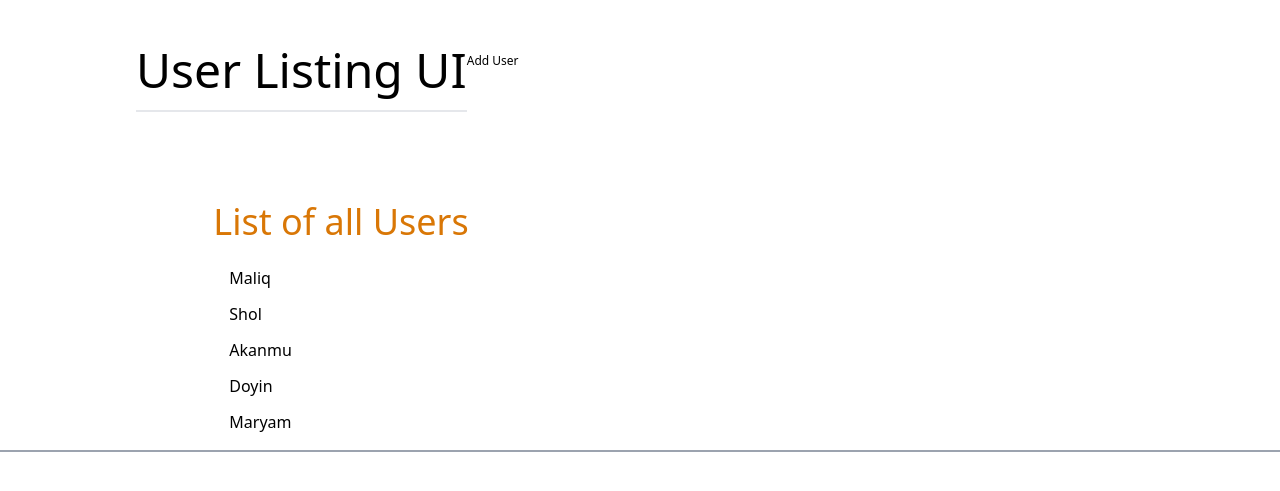
Repository: Marlstergo/listings
Page: /order (app in client/)
An editor plug-in stored every save of this project. The page is shown before and after the next save, followed by the edit.
The browser window is 1280 px wide. The pictures show the whole page.
The project was rebuilt for these pictures with package versions that can differ from the ones it lists, and the page was loaded fresh each time. Also part of the build but not shown: client/craco.config.js, client/src/components/Loader.js, client/src/components/Order.js, client/src/components/Modal.js. Imported but missing from the stored project, and not drawn on this page: client/src/components/Base, client/src/components/Toppings.

Above is the page before, as saved 2021-07-20 23:51:31.

### client/src/index.js
/* eslint-disable no-unused-vars */
import React from "react";
import ReactDOM from "react-dom";
import "./index.css";
import App from "./App";
import reportWebVitals from "./reportWebVitals";
import { BrowserRouter } from "react-router-dom";
import { Provider } from "react-redux";
import { store } from "./redux/store";
import { PersistGate } from "redux-persist/integration/react";
import { persistor } from "./redux/store";

ReactDOM.render(
  <React.StrictMode>
    <Provider store={store}>
      <BrowserRouter>
        <PersistGate persistor={persistor}>
          <App />
        </PersistGate>
      </BrowserRouter>
    </Provider>
  </React.StrictMode>,
  document.getElementById("root")
);

// If you want to start measuring performance in your app, pass a function
// to log results (for example: reportWebVitals(console.log))
// or send to an analytics endpoint. Learn more: https://bit.ly/CRA-vitals
reportWebVitals();

### client/src/App.js
import React, { useState } from 'react';
import { Route, Switch, useLocation } from "react-router-dom";
import Header from './components/Header';
import Home from './components/Home';
import Base from './components/Base';
import Toppings from './components/Toppings';
import Order from './components/Order';
import Modal from './components/Modal';
import { AnimatePresence } from 'framer-motion';

function App() {
  const location = useLocation();
  const showModal = true;

  return (
    <>
      <Header />
      {/* <Modal showModal={showModal} /> */}
      <AnimatePresence exitBeforeEnter>
        <Switch location={location} key={location.key}>
          <Route path="/">
            <Home />
          </Route>
          <Route path="/createUpdateUser">
            <Toppings />
          </Route>
          <Route path="/order">
            <Order />
          </Route>
          <Route path="/">
            <Home />
          </Route>
        </Switch>
      </AnimatePresence>

    </>
  );
}

export default App;

### client/src/redux/store.js
import { createStore, applyMiddleware } from "redux";
import { logger } from 'redux-logger';
import {persistStore} from 'redux-persist';
// import thunk from 'redux-thunk'
import createSagaMiddleware from 'redux-saga'

import rootSaga from './root-sagas'

import rootReducer from './root-reducer';

const sagaMiddleware = createSagaMiddleware()

const middleware = [sagaMiddleware];

if( process.env.NODE_ENV === 'development'){
    middleware.push(logger)
}

export const store = createStore(rootReducer, applyMiddleware(...middleware))

sagaMiddleware.run(rootSaga)

export const persistor = persistStore(store)

export default (store, persistor);

### client/src/components/Header.js
import React from "react";
import { motion } from "framer-motion";

const svgVariants = {
  hidden: { rotate: -180 },
  visible: {
    rotate: 0,
    transition: { duration: 1 },
  },
};

const pathVariants = {
  hidden: {
    opacity: 0,
    pathLength: 0,
  },
  visible: {
    opacity: 1,
    pathLength: 1,
    transition: {
      duration: 2,
      ease: "easeInOut",
    },
  },
};

const buttonVariants = {
  show: {
    y: [0, -40],
    x: 0,
    textShadow: "0px 0px 8px rgb(255,255,255)",
    boxShadow: "0px 0px 8px rgb(255,255,255)",
    transition: {
      duration: 0.3,
      yoyo: Infinity,
      ease: 'easeOut'
    },
  },
};

const Header = () => {
  return (
    <header className="flex p-14 w-screen justify-between items-center">
      <motion.div
        className="logo"
        drag
        dragConstraints={{ left: 0, top: 0, right: 0, bottom: 0 }}
        dragElastic={0.7}
      >
        <motion.svg
          className="w-14 overflow-visible"
          xmlns="http://www.w3.org/2000/svg"
          viewBox="0 0 100 100"
          variants={svgVariants}
          initial="hidden"
          animate="visible"
        >
          <motion.path
            fill="none"
            d="M40 40 L80 40 C80 40 80 80 40 80 C40 80 0 80 0 40 C0 40 0 0 40 0Z"
            variants={pathVariants}
          />
          <motion.path
            fill="none"
            d="M50 30 L50 -10 C50 -10 90 -10 90 30 Z"
            variants={pathVariants}
          />
        </motion.svg>
      </motion.div>
      <motion.div
        className=" flex w-full ml-6 text-xs"
        initial={{ y: -250 }}
        animate={{ y: -10 }}
        transition={{ delay: 0.2, type: "spring", stiffness: 120 }}
      >
        <h1 className="border-b-2 pb-4 text-5xl">User Listing UI</h1>
        <motion.button variants={buttonVariants} whileHover="hover"
        animate="show"
        >
          Add User
        </motion.button>
      </motion.div>
    </header>
  );
};

export default Header;

### client/src/components/Home.js
import React from "react";
import { Link } from "react-router-dom";
import { motion } from "framer-motion";
import Loader from "./Loader";



const containerVariants = {
  hidden: {
    opacity: 0,
  },
  visible: {
    opacity: 1,
    transition: { delay: 1.5, duration: 1.5 },
  },
  exit: {
    x: "-100vh",
    transition: { ease: "easeInOut" },
  },
};
const users = ["maliq", "shol", "akanmu", "doyin", "maryam"];
const Home = () => {
  return (
    <motion.div
      className="  pb-4 mb-4 border-b-2 border-gray-400 flex flex-col items-center"
      variants={containerVariants}
      initial="hidden"
      animate="visible"
      exit="exit"
    >
      <div className="w-2/3 ">
        <h1 className="text-yellow-600 py-6 text-4xl">List of all Users</h1>
        <ul className="pl-4 space-y-3 capitalize ">
          {users.map(
            (user , idx) => (
              <li key={idx}>{user}</li>
            )
          )}

        </ul>
        {/* <table className="min-w-full divide-y divide-gray-200">
          <thead>
            <tr>
              <th className="px-6 py-3 bg-gray-50 text-left text-xs font-medium text-gray-500 uppercase tracking-wider">
                Transaction
              </th>
              <th className="px-6 py-3 bg-gray-50 text-right text-xs font-medium text-gray-500 uppercase tracking-wider">
                Amount
              </th>
              <th className="hidden px-6 py-3 bg-gray-50 text-left text-xs font-medium text-gray-500 uppercase tracking-wider md:block">
                Status
              </th>
              <th className="px-6 py-3 bg-gray-50 text-right text-xs font-medium text-gray-500 uppercase tracking-wider">
                Date
              </th>
            </tr>
          </thead>
        </table> */}
      </div>
    </motion.div>
  );
};

export default Home;

### client/src/redux/root-sagas.js
import {all, call} from 'redux-saga/effects'
import {userSagas} from './user/user.sagas'


export default function* rootSaga(){
    yield all([
        call(userSagas),
    ])
}

### client/src/redux/root-reducer.js
import {combineReducers} from 'redux'
import userReducer from './user/user.reducer'
// import cartReducer from './cart/cart.reducer'
import {persistReducer} from 'redux-persist'
import storage from 'redux-persist/lib/storage'
// import directoryReducer from './directory/directory.reducer'
// import shopReducer from './shop/shop.reducer'

const persistConfig ={
    key: 'root',
    storage,
    whitelist: ['' ]
}
const rootReducer = combineReducers({
    user: userReducer,

})
export default persistReducer(persistConfig, rootReducer)

### client/src/redux/user/user.sagas.js
import { all, call, put, takeLatest } from "redux-saga/effects";

import UserActionTypes from "./user.types";
import { loadUserDetail } from "./user.action";
// import axios from "axios";
// import { getUserDetailsURL } from "../../components/stringConstants";

export function* getDetails() {
  yield console.log("i fired");

  // try {
  //   console.log("inside try");

  //   const res = yield axios.get(getUserDetailsURL);
  //   const data = yield res.data;
  //   console.log(res);
  //   yield put(loadUserDetail(data ? data.data[0] : {}));
  // } catch (err) {
  //   console.log(err.response);
  //   if (err.response && err.response.statusText === "Not Found") {
  //     // console.log("");
  //     window.location.href = "/profile/settings?newUser=0837";
  //   }
  // }
}

export function* getUserDetails() {
  yield takeLatest(UserActionTypes.GET_USER_DETAIL, getDetails);
}
// export function* loadUserDetails(){
//     yield takeLatest(UserActionTypes.LOAD_USER_DETAIL, loadDetails)
// }

export function* userSagas() {
  yield all([call(getUserDetails)]);
}

### client/src/redux/user/user.reducer.js
import UserActionTypes from "./user.types";
const INITIAL_STATE = {
  // currentUser: null,
  userDetail: {},
  demo: 'i am demo',
  location: null

};
const userReducer = (state = INITIAL_STATE, action) => {
  switch (action.type) {

    case UserActionTypes.LOAD_USER_DETAIL:
      return {
        ...state,
        userDetail: action.payload,
      };

    case UserActionTypes.COLLECT_GEOLOCATION:
      return {
        ...state,
        location: action.payload
      }
    default:
      return state;
  }
};

export default userReducer;

### client/src/redux/user/user.types.js
const UserActionTypes ={
    GOOGLE_SIGN_IN_START : 'GOOGLE_SIGN_IN_START',
    SIGN_IN_SUCCESS : 'SIGN_IN_SUCCESS',
    SIGN_IN_FAILURE : 'SIGN_IN_FAILURE',
    GET_USER_DETAIL: 'GET_USER_DETAIL',
    LOAD_USER_DETAIL: 'LOAD_USER_DETAIL',
    COLLECT_GEOLOCATION: 'COLLECT_GEOLOCATION',
    FETCH_GEOLOCATION: 'FETCH_GEOLOCATION'
}
export default UserActionTypes;

### client/src/redux/user/user.action.js
import UserActionTypes from './user.types'



// export const googleSignInStart = () => ({
//     type: UserActionTypes.GOOGLE_SIGN_IN_START
// })

// export const signInSuccess = (user) => ({
//     type: UserActionTypes.SIGN_IN_SUCCESS,
//     payload: user
// })

export const getUserDetail = () => ({
    type: UserActionTypes.GET_USER_DETAIL,

})
export const loadUserDetail = (details) => ({
    type: UserActionTypes.LOAD_USER_DETAIL,
    payload: details
})

export const fetchGeoloction = () => ({
    type: UserActionTypes.FETCH_GEOLOCATION
})
export const collectGeolocation = (location) => ({
    type: UserActionTypes.COLLECT_GEOLOCATION,
    payload: location
})
// })

### client/tailwind.config.js
  // tailwind.config.js
  module.exports = {
    // mode:'jit',
    purge: ['./src/**/*.{js,jsx,ts,tsx}', './public/index.html'],
     darkMode: false, // or 'media' or 'class'
     theme: {
       extend: {},
     },
     variants: {
       extend: {},
     },
     plugins: [],
   }

Loaded but not shown: client/public/index.html (common file); client/src/index.css (common file); client/src/reportWebVitals.js (common file)

After the next save:
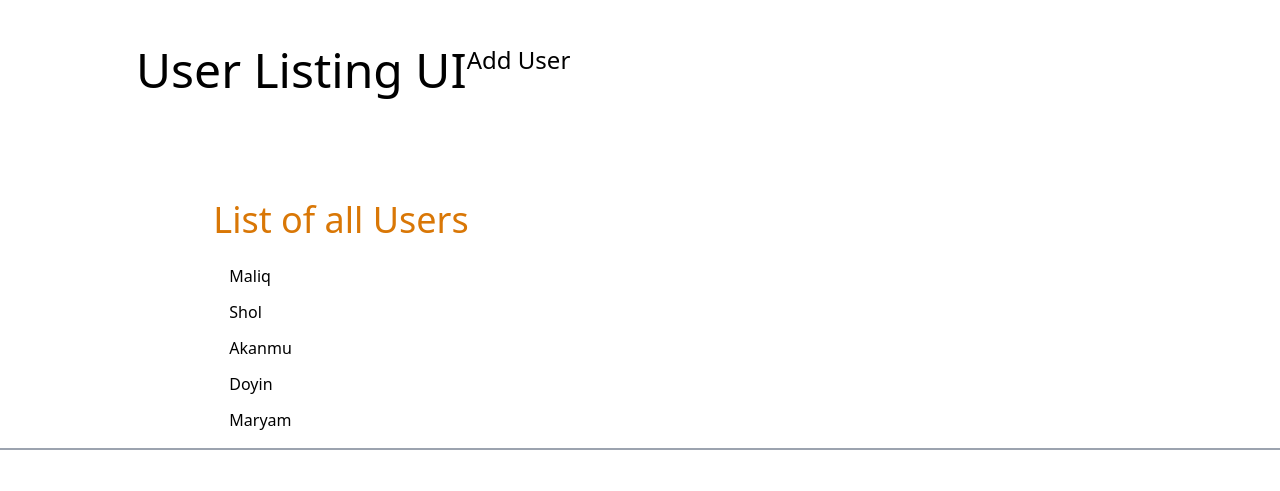
Saved 94 s later.
--- a/client/src/components/Header.js
+++ b/client/src/components/Header.js
@@ -73,9 +73,10 @@ const Header = () => {
         animate={{ y: -10 }}
         transition={{ delay: 0.2, type: "spring", stiffness: 120 }}
       >
-        <h1 className="border-b-2 pb-4 text-5xl">User Listing UI</h1>
+        <h1 className=" pb-4 text-5xl">User Listing UI</h1>
         <motion.button variants={buttonVariants} whileHover="hover"
         animate="show"
+        className="text-2xl"
         >
           Add User
         </motion.button>
